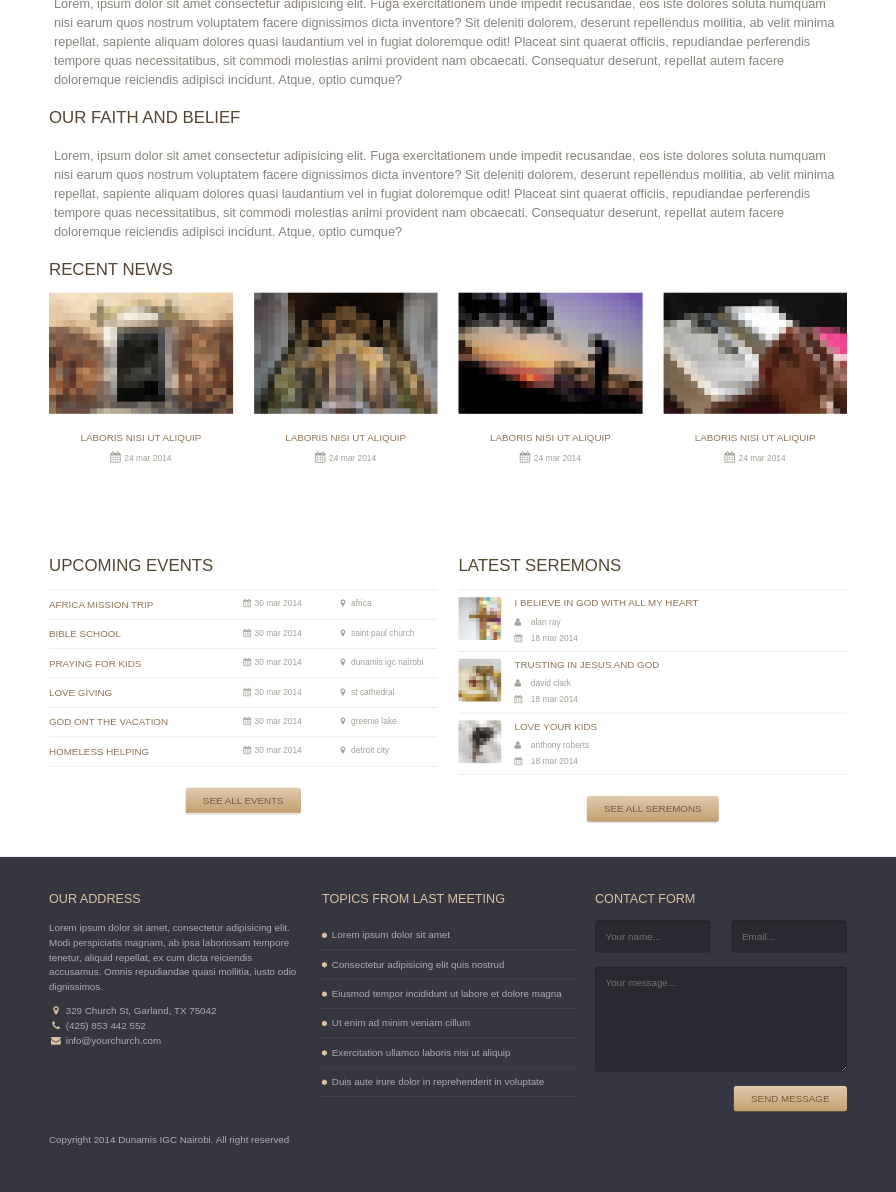
Repository: profbkmurage/churchWebsite
Page: index.html
The author's editor kept a copy of each file at every save. The page is drawn from the files as they stood at one save, then again after the next save.
The browser window is 1280 px wide. The pictures show the part of the page from y = 933 to 2853 px (the page is 2636 px tall before and 2853 px after), at 70% of full size.

Above is the page before, as saved 2024-07-10 18:50:26.

After the next save:
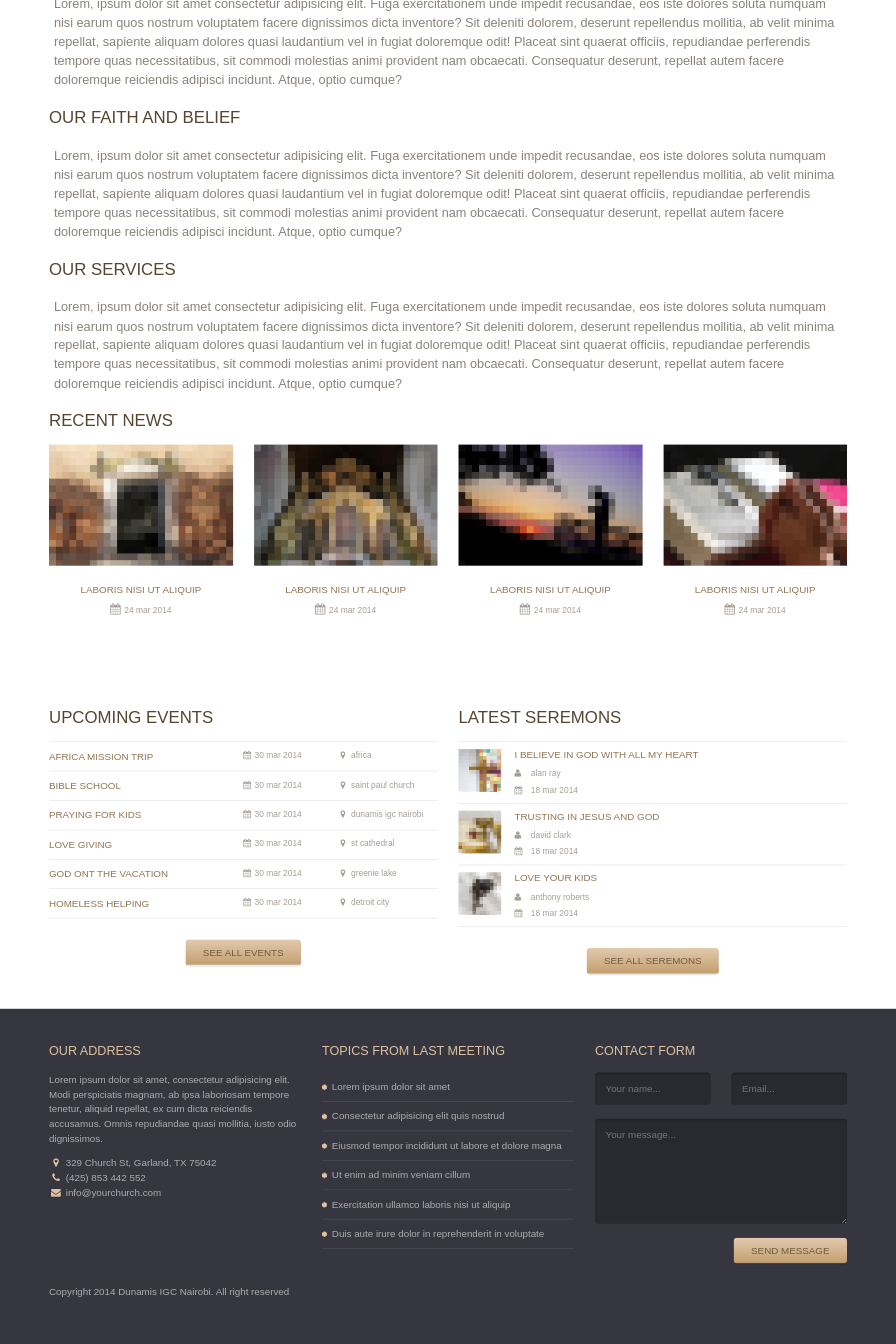
Saved 59 s later.
--- a/index.html
+++ b/index.html
@@ -84,6 +84,10 @@
 						<p class="welcomeNote">
 							Lorem, ipsum dolor sit amet consectetur adipisicing elit. Fuga exercitationem unde impedit recusandae, eos iste dolores soluta numquam nisi earum quos nostrum voluptatem facere dignissimos dicta inventore? Sit deleniti dolorem, deserunt repellendus mollitia, ab velit minima repellat, sapiente aliquam dolores quasi laudantium vel in fugiat doloremque odit! Placeat sint quaerat officiis, repudiandae perferendis tempore quas necessitatibus, sit commodi molestias animi provident nam obcaecati. Consequatur deserunt, repellat autem facere doloremque reiciendis adipisci incidunt. Atque, optio cumque?
 						</p>
+						<h2 class="section-title bluColor">Our services</h2>
+						<p class="welcomeNote">
+							Lorem, ipsum dolor sit amet consectetur adipisicing elit. Fuga exercitationem unde impedit recusandae, eos iste dolores soluta numquam nisi earum quos nostrum voluptatem facere dignissimos dicta inventore? Sit deleniti dolorem, deserunt repellendus mollitia, ab velit minima repellat, sapiente aliquam dolores quasi laudantium vel in fugiat doloremque odit! Placeat sint quaerat officiis, repudiandae perferendis tempore quas necessitatibus, sit commodi molestias animi provident nam obcaecati. Consequatur deserunt, repellat autem facere doloremque reiciendis adipisci incidunt. Atque, optio cumque?
+						</p>
 						<h2 class="section-title bluColor">Recent news</h2>
 
 						<div class="row">
